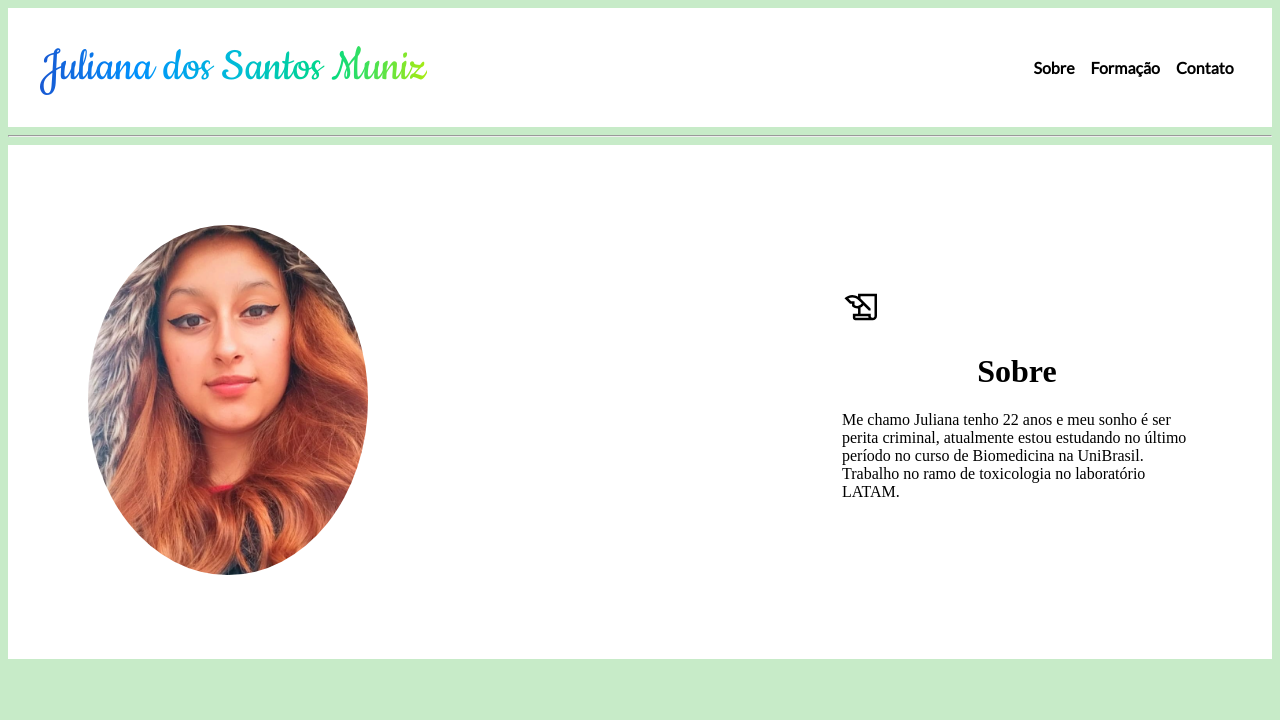
Repository: joaovnogueira/Portfolio-Juliana
Page: index.html
These files come from the project's save history. The page is drawn as it stood at one moment and after the next save; the edit follows.
The browser window is 1280 px wide. The pictures show the whole page.

Above is the page before, as saved 2022-06-14 16:07:36.

After the next save:
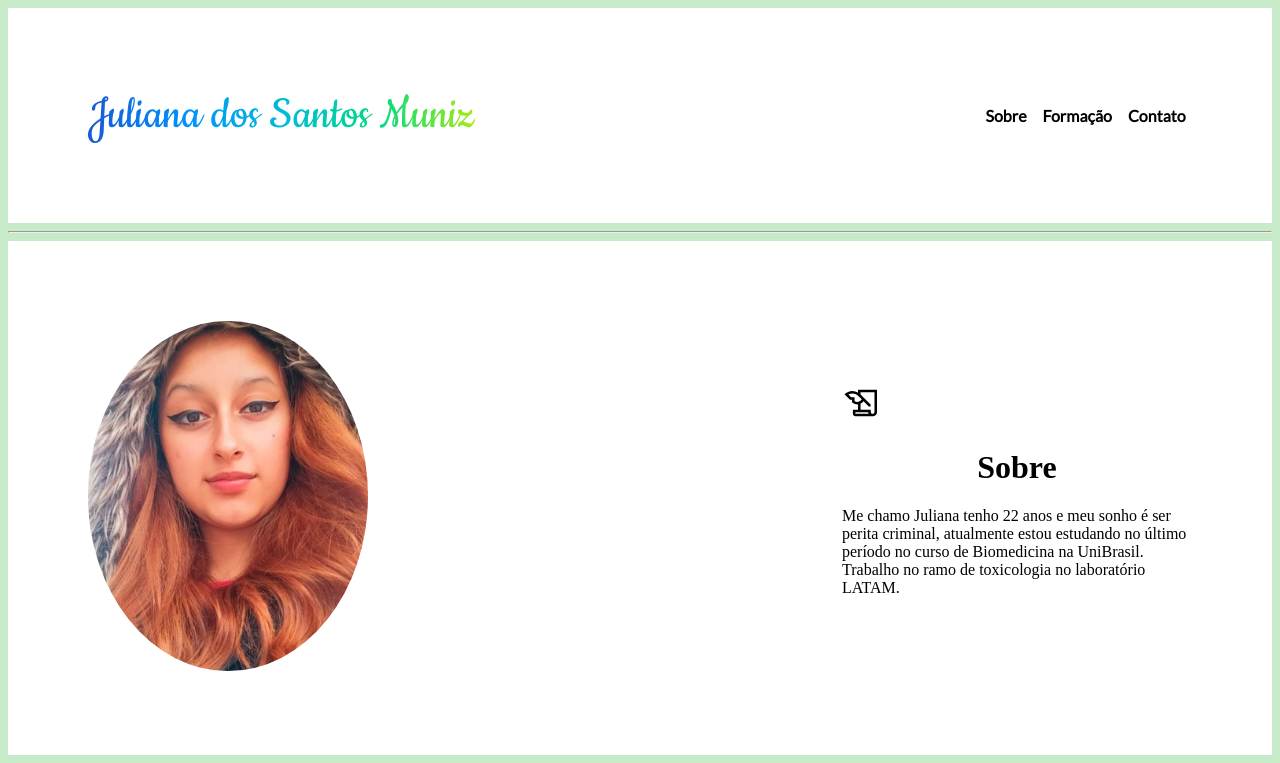
Saved 6 s later.
--- a/styles.css
+++ b/styles.css
@@ -7,7 +7,7 @@
 
 header {
     background-color: #FFFFFF;
-    padding: 2rem;
+    padding: 5rem;
     align-items: center;
 }
 

After the 2 saves that followed:
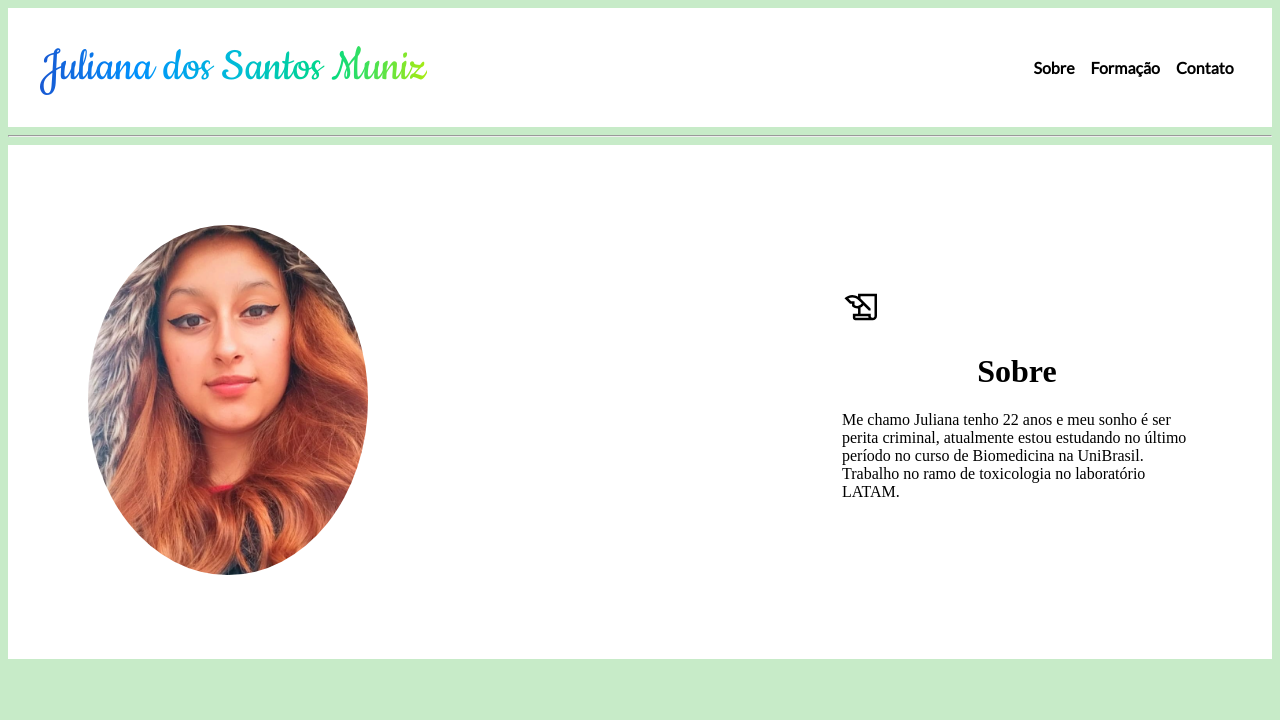
The 2 saves are shown as one change because they came seconds apart.
The last was saved 7 s later.
--- a/styles.css
+++ b/styles.css
@@ -7,8 +7,9 @@
 
 header {
     background-color: #FFFFFF;
-    padding: 5rem;
+    padding: 2rem;
     align-items: center;
+
 }
 
 nav{
